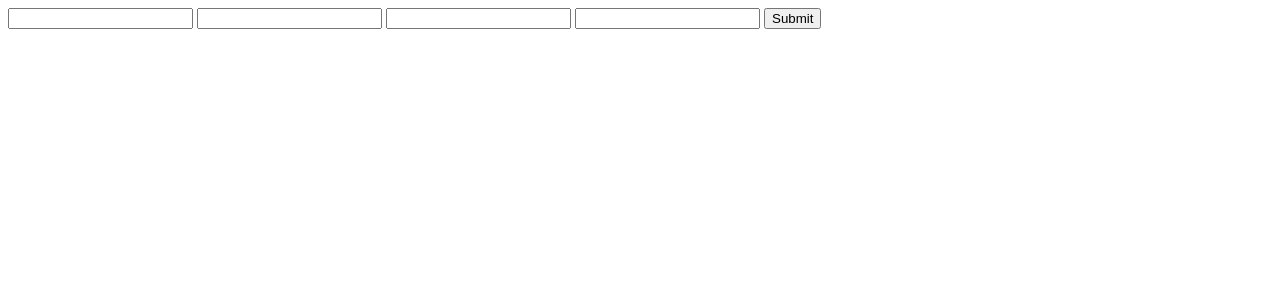
Repository: callgp/bt_servlet_jsp_jdbc
Page: JSPActions/WebContent/ProductDetails.html
An editor plug-in stored every save of this project. The page is shown before and after the next save, followed by the edit.
The browser window is 1280 px wide. The pictures show the whole page.

Above is the page before, as saved 2020-07-08 19:56:02.

After the next save:
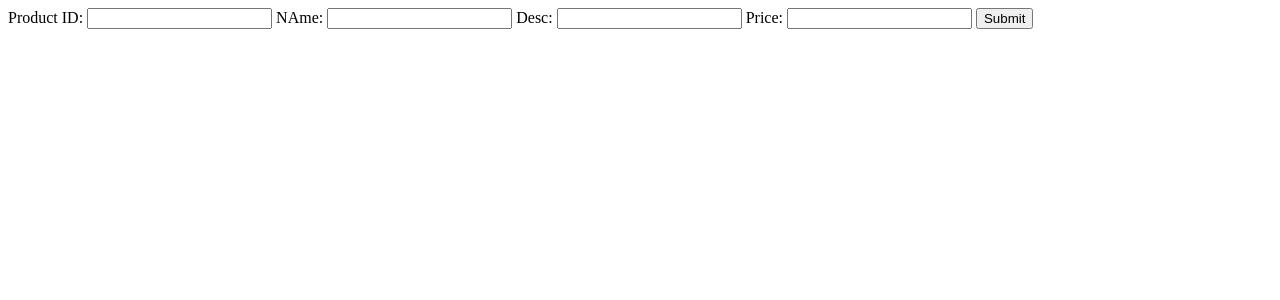
Saved 47 s later.
--- a/JSPActions/WebContent/ProductDetails.html
+++ b/JSPActions/WebContent/ProductDetails.html
@@ -6,10 +6,10 @@
 </head>
 <body>
 	<form action="DisplayDetails.jsp" method="post">
-		<input type="text" name="accno" />
-		 <input type="text" name="lastname" />
-		<input type="text" name="firstname" />
-		<input type="text" name="bal" />
+		Product ID: <input type="text" name="id" />
+		NAme: <input type="text" name="name" />
+		Desc: <input type="text" name="firstname" />
+		Price: <input type="text" name="bal" />
 		<input type="submit" />
 	</form>
 </body>
